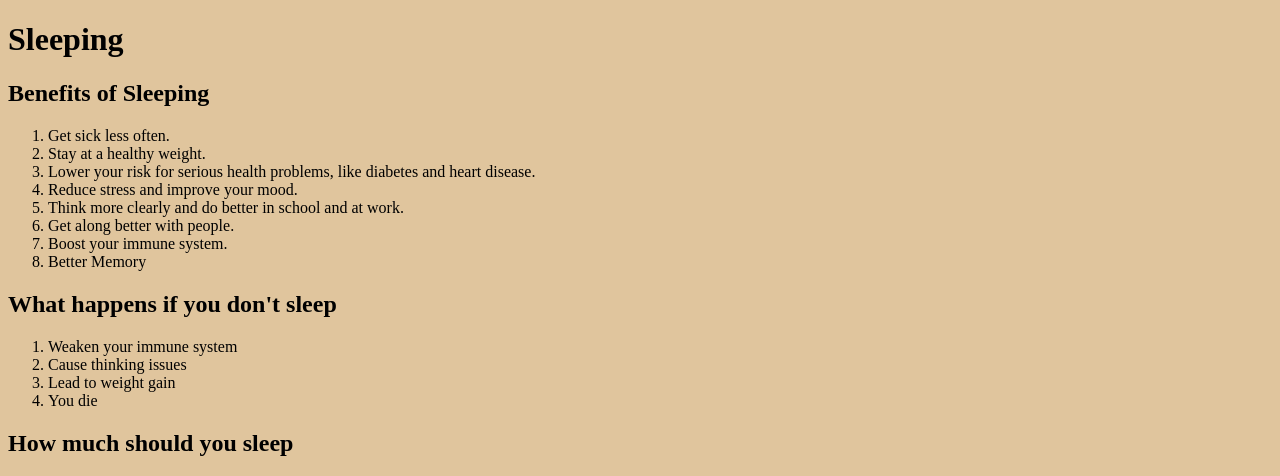
Repository: Darrenyyds/class1
Page: Myhobbies.html
These files come from the project's save history. The page is drawn as it stood at one moment and after the next save; the edit follows.
The browser window is 1280 px wide. The pictures show the part of the page from y = 0 to 476 px (the page is 1126 px tall).
Pictures or frames that could not be fetched are drawn as grey boxes.

Above is the page before, as saved 2023-02-04 15:10:24.

### Myhobbies.html
<!DOCTYPE html>
<html lang="en">
  <head>
    <title>My Hobbies</title>
    <meta charset="UTF-8" />
    <meta name="viewport" content="width=device-width, initial-scale=1" />
    <link href="Myhobbies.css" rel="stylesheet" />
  </head>
  <body>
    <h1>Sleeping</h1>
    <h2>Benefits of Sleeping</h2>
    <ol>
      <li>Get sick less often.</li>
      <li>Stay at a healthy weight.</li>
      <li>
        Lower your risk for serious health problems, like diabetes and heart
        disease.
      </li>
      <li>Reduce stress and improve your mood.</li>
      <li>Think more clearly and do better in school and at work.</li>
      <li>Get along better with people.</li>
      <li>Boost your immune system.</li>
      <li>Better Memory</li>
    </ol>
    <h2>What happens if you don't sleep</h2>
    <ol>
      <li>Weaken your immune system</li>
      <li>Cause thinking issues</li>
      <li>Lead to weight gain</li>
      <li>You die</li>
    </ol>
    <h2>How much should you sleep</h2>
    <div class="graph">
      <div class="graph-shadow"></div>
    </div>
    <p>
      The graph is self-explanatory, if you still can't understand it, please
      contact a mental doctor
    </p>
  </body>
</html>

### Myhobbies.css
Body {
  background-color: rgb(224, 197, 157);
}
.graph {
  background-image: url(https://www.sleepdr.com/wp-content/uploads/2016/11/Sleep-Duration-Guidelines.png);
  width: 80%;
  height: 600px;
  background-repeat: no-repeat;
  background-size: contain;
  z-index: 1;
}

.graph-shadow {
  position: relative;
  z-index: 2;
  width: 68%;
  height: 100%;
  background-color: rgba(45, 180, 233, 0.3);
}

After the next save:
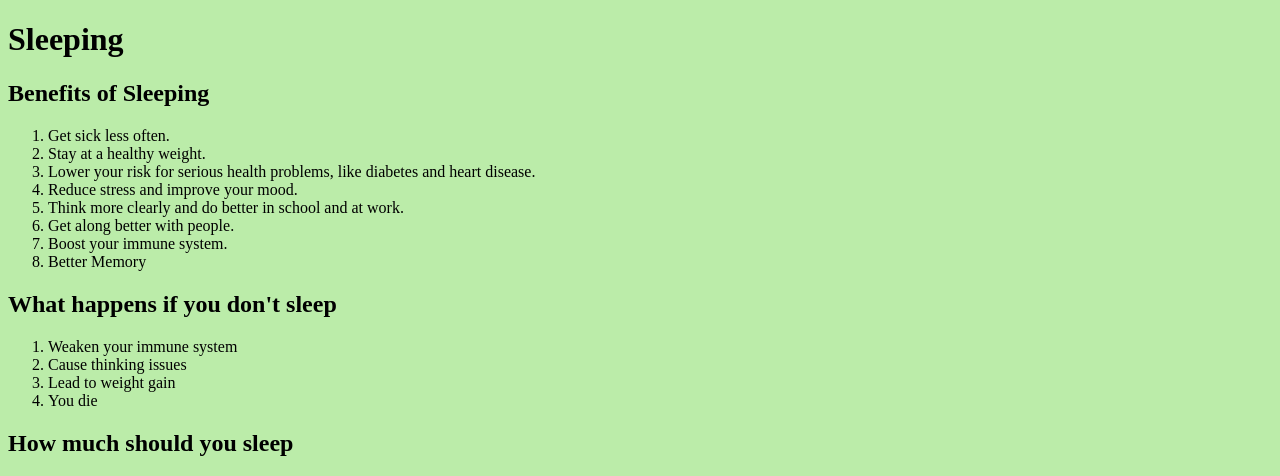
Saved 7 s later.
--- a/Myhobbies.css
+++ b/Myhobbies.css
@@ -1,5 +1,5 @@
 Body {
-  background-color: rgb(224, 197, 157);
+  background-color: rgb(187, 236, 169);
 }
 .graph {
   background-image: url(https://www.sleepdr.com/wp-content/uploads/2016/11/Sleep-Duration-Guidelines.png);
